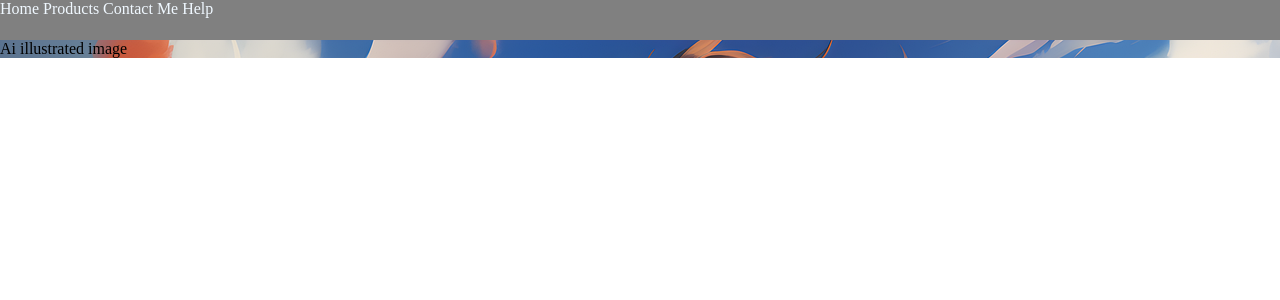
Repository: nihalani20/CSS-by-KG
Page: Practice set/Set-6/index.html
These files come from the project's save history. The page is drawn as it stood at one moment and after a run of saves; the edit follows.
The browser window is 1280 px wide. The pictures show the whole page.

Above is the page before, as saved 2023-11-27 15:57:44.

After the next 12 saves:
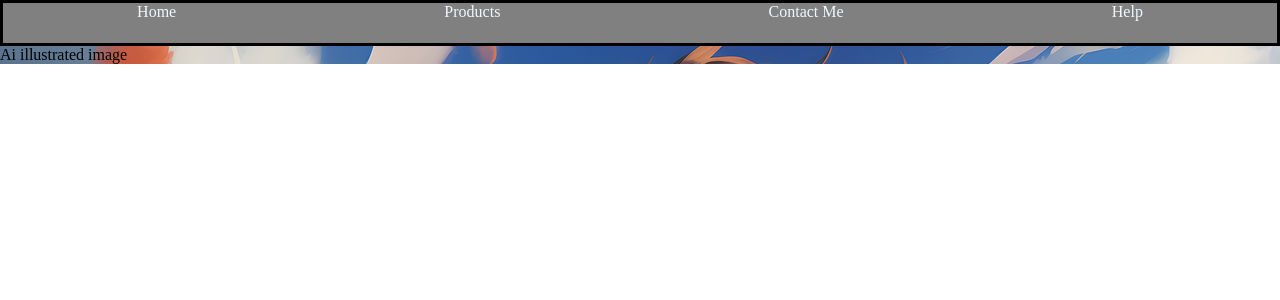
The 12 saves are shown as one change because they came seconds apart.
The last was saved 24 s later.
--- a/Practice set/Set-6/styles.css
+++ b/Practice set/Set-6/styles.css
@@ -12,8 +12,9 @@ nav a
 #container{
    background-color:grey;
    height: 40px;
-   border:solid
-   dis
+   border:solid;
+   display: flex;
+   justify-content: space-around;
 }
 
 
